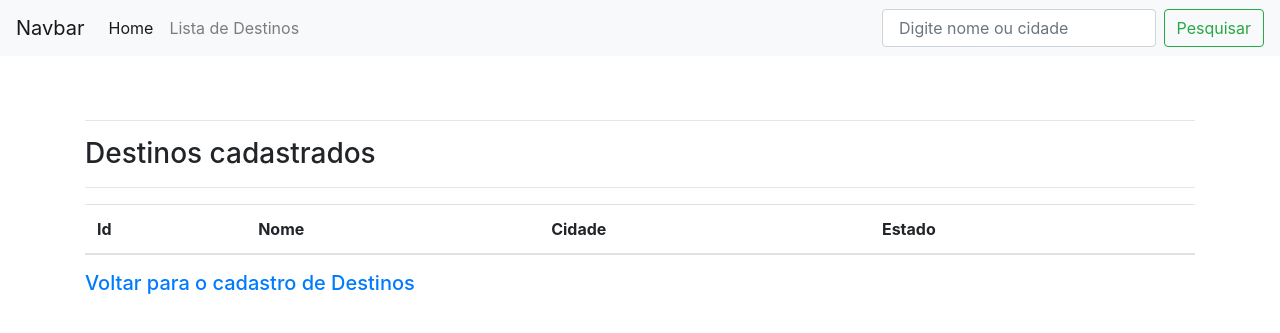
Repository: SolanoBarcelos/AtvPratMod4
Page: http://localhost/AtvPratMod4/DestinoCreateAndSFind
An editor plug-in stored every save of this project. The page is shown before and after the next save, followed by the edit.
The browser window is 1280 px wide. The pictures show the whole page.
The page is served by Tomcat 9. Queries for data that is not in the repository find no rows.

Above is the page before, as saved 2022-02-14 23:41:05.

After the next save:
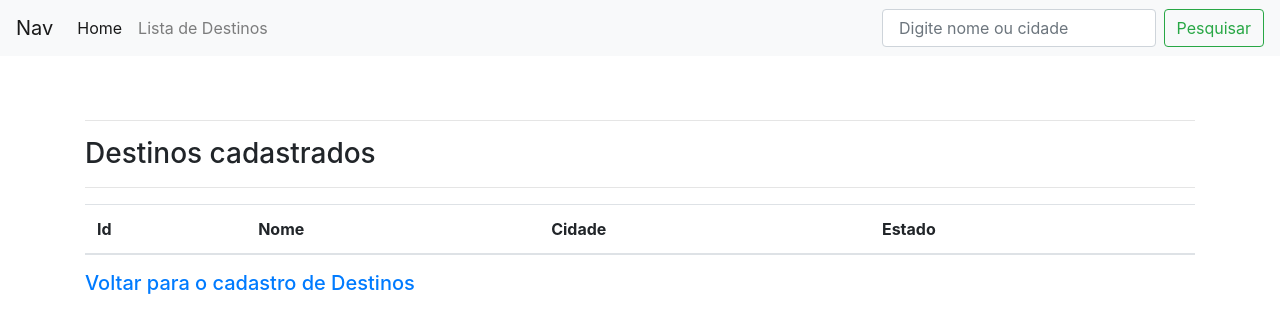
Saved 16 s later.
--- a/CrudJAVA/AtvPratMod4/src/main/webapp/lista.jsp
+++ b/CrudJAVA/AtvPratMod4/src/main/webapp/lista.jsp
@@ -6,6 +6,7 @@
 <html>
 <head>
 <meta charset="ISO-8859-1">
+<meta charset="UTF-8">
 <title>Lista de Destinos</title>
 <link rel="stylesheet" href="https://stackpath.bootstrapcdn.com/bootstrap/4.1.3/css/bootstrap.min.css" integrity="sha384-MCw98/SFnGE8fJT3GXwEOngsV7Zt27NXFoaoApmYm81iuXoPkFOJwJ8ERdknLPMO" crossorigin="anonymous">
 <script src="https://code.jquery.com/jquery-3.3.1.slim.min.js" integrity="sha384-q8i/X+965DzO0rT7abK41JStQIAqVgRVzpbzo5smXKp4YfRvH+8abtTE1Pi6jizo" crossorigin="anonymous"></script>
@@ -14,7 +15,7 @@
 <body>
 
 <nav class="navbar navbar-expand-lg navbar-light bg-light">
-  <a class="navbar-brand" href="#">Navbar</a>
+  <a class="navbar-brand" href="#">Nav</a>
   <button class="navbar-toggler" type="button" data-toggle="collapse" data-target="#conteudoNavbarSuportado" aria-controls="conteudoNavbarSuportado" aria-expanded="false" aria-label="Alterna navegação">
     <span class="navbar-toggler-icon"></span>
   </button>
@@ -25,7 +26,7 @@
         <a class="nav-link" href="index.html">Home <span class="sr-only">(página atual)</span></a>
       </li>
       <li class="nav-item">
-        <a class="nav-link" href="CreateAndSFind">Lista de Destinos</a>
+        <a class="nav-link" href="DestinoCreateAndSFind">Lista de Destinos</a>
       </li>
     </ul>
     <form action="DestinoCreateAndSFind" method="GET" class="form-inline my-2 my-lg-0">
